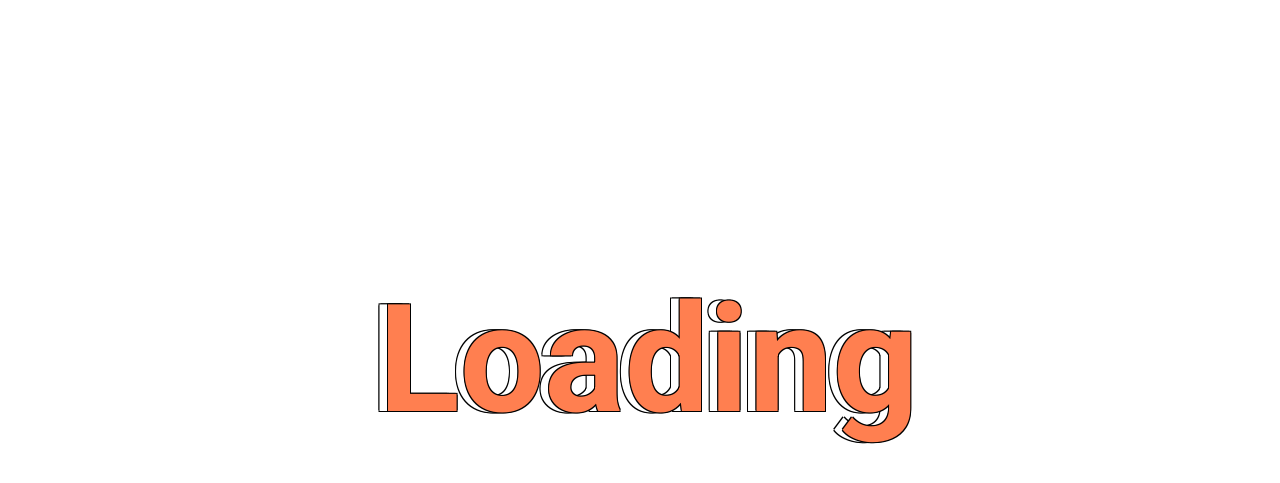
Repository: safak/animation
Page: index-4.html
The author's editor kept a copy of each file at every save. The page is drawn from the files as they stood at one save, then again after the next save.
The browser window is 1280 px wide. The pictures show the whole page.

Above is the page before, as saved 2020-12-17 00:37:36.

After the next save:
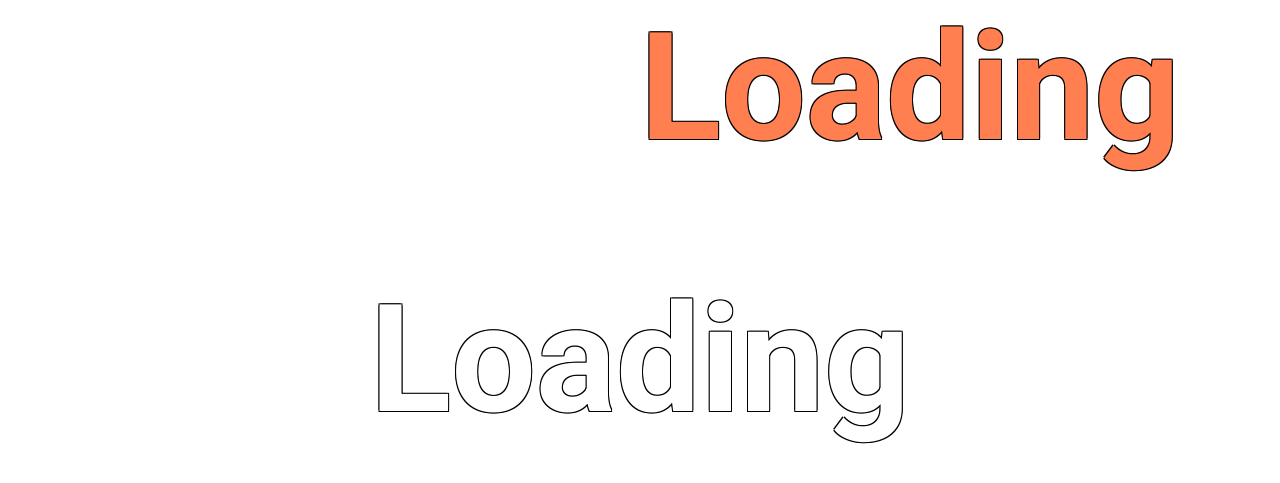
Saved 11 s later.
--- a/style.css
+++ b/style.css
@@ -160,9 +160,10 @@
   content: "Loading";
   color: coral;
   width: 0;
+  top: 0;
   /* overflow: hidden; */
   position: absolute;
-  animation: move 4s infinite;
+  /* animation: move 4s infinite; */
 }
 
 @keyframes move {
